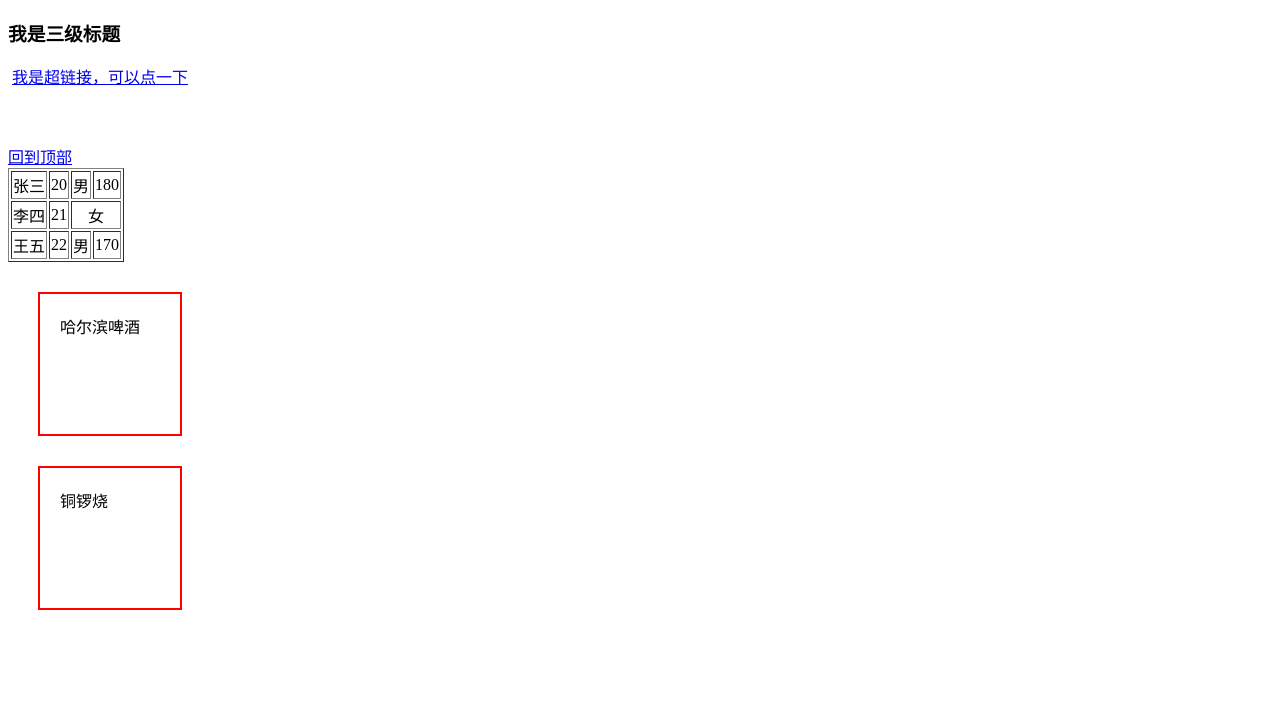
Repository: wyhzglgithub/mygitremote
Page: test.html
The author's editor kept a copy of each file at every save. The page is drawn from the files as they stood at one save, then again after a run of saves.
The browser window is 1280 px wide. The pictures show the whole page.

Above is the page before, as saved 2021-10-11 13:39:14.

After the next 4 saves:
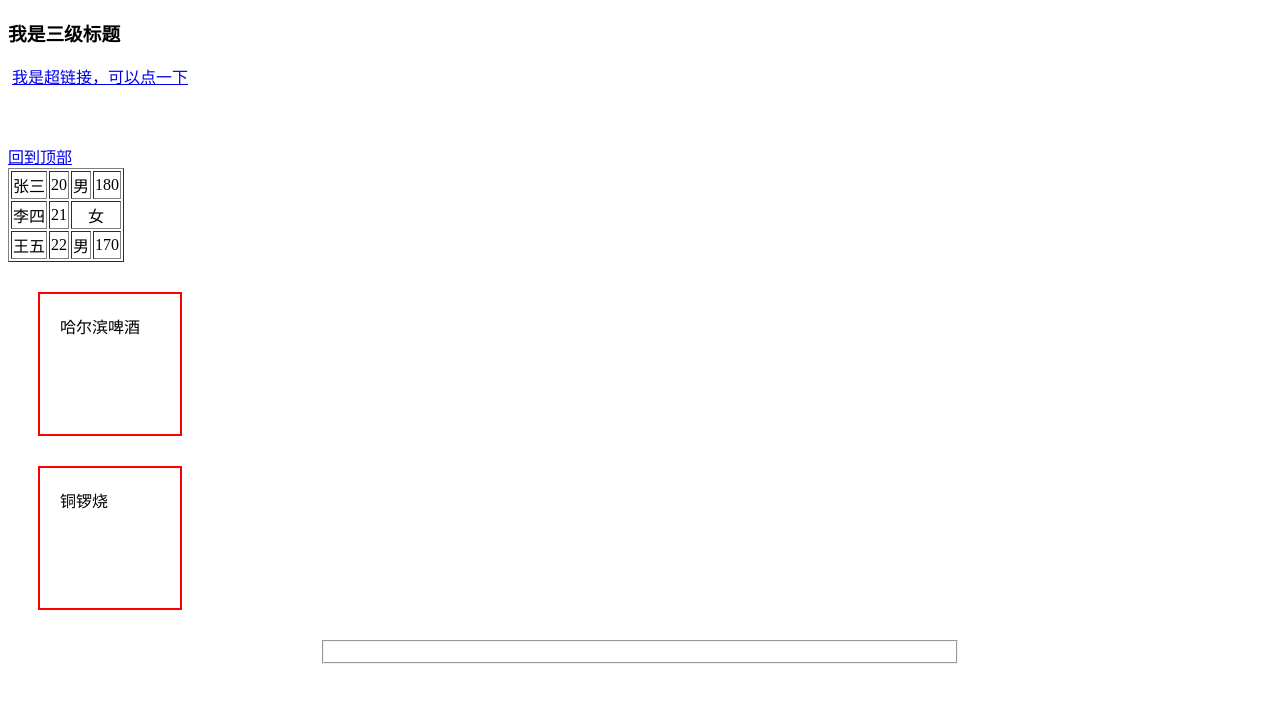
The 4 saves are shown as one change because they came seconds apart.
The last was saved 3 min 9 s later.
--- a/test.html
+++ b/test.html
@@ -66,7 +66,9 @@
     <div>铜锣烧</div>
 
     <form action="">
+        <fieldset>
 
+        </fieldset>
     </form>
 
 
